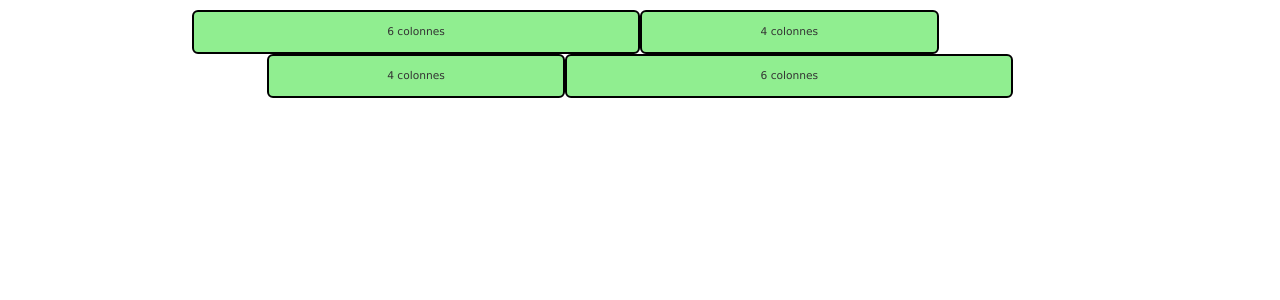
Repository: dridrii/COMPET-BLOC
Page: http://localhost/COMPET-BLOC/
These files come from the project's save history. The page is drawn as it stood at one moment and after the next save; the edit follows.
The browser window is 1280 px wide. The pictures show the whole page.
The page is served by Tomcat 9.

Above is the page before, as saved 2015-07-11 16:28:08.

After the next save:
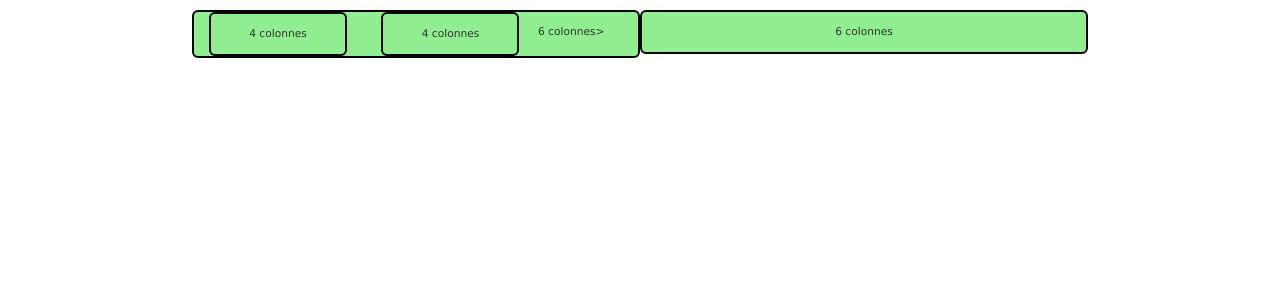
Saved 22 s later.
--- a/COMPET-BLOC/WebContent/index.jsp
+++ b/COMPET-BLOC/WebContent/index.jsp
@@ -7,9 +7,10 @@
   <body>
     <div class="container">
  		 <div class="row">
-   			 <div class="col-md-6"> 6 colonnes</div>
+   			 <div class="col-md-6"> 6 colonnes>
     			<div class="col-md-4"> 4 colonnes</div>
     			<div class="col-md-4 col-lg-offset-1"> 4 colonnes</div>
+    		</div>
     		<div class="col-md-6"> 6 colonnes</div>
 
 		</div>
